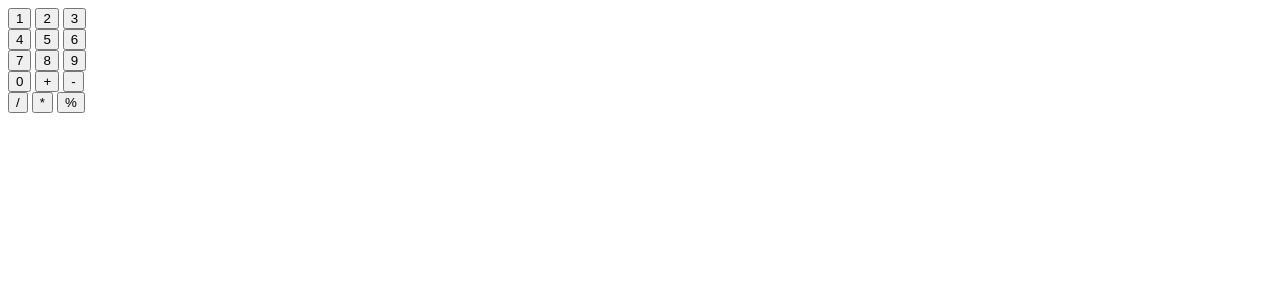
Repository: gautamsonam011/CMS
Page: http://localhost/calculator/
The author's editor kept a copy of each file at every save. The page is drawn from the files as they stood at one save, then again after the next save.
The browser window is 1280 px wide. The pictures show the whole page.
The page is served by the project's application, run on Django 5.2 (manage.py).

Above is the page before, as saved 2025-09-06 15:28:10.

After the next save:
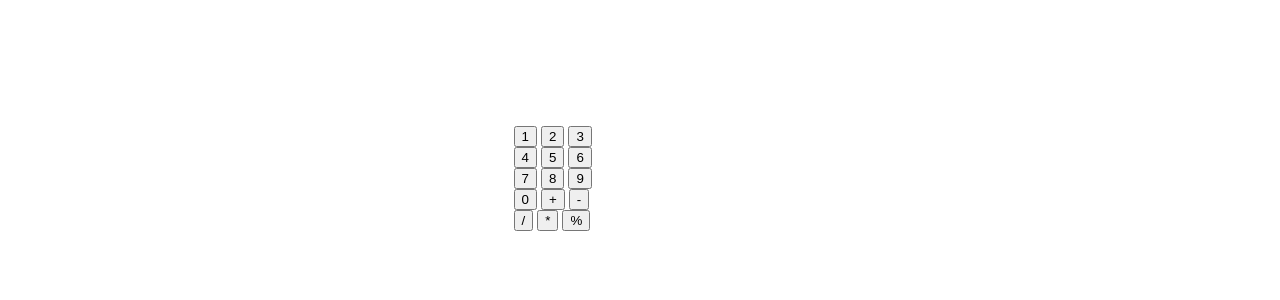
Saved 62 s later.
--- a/templates/calculator.html
+++ b/templates/calculator.html
@@ -4,6 +4,12 @@
     <meta charset="UTF-8">
     <meta name="viewport" content="width=device-width, initial-scale=1.0">
     <title>Calculator</title>
+    <style>
+        .cal{
+            margin-top: 10%;
+            margin-left: 40%;
+        }
+    </style>
 </head>
 <body>
     <form action="" method="post">
